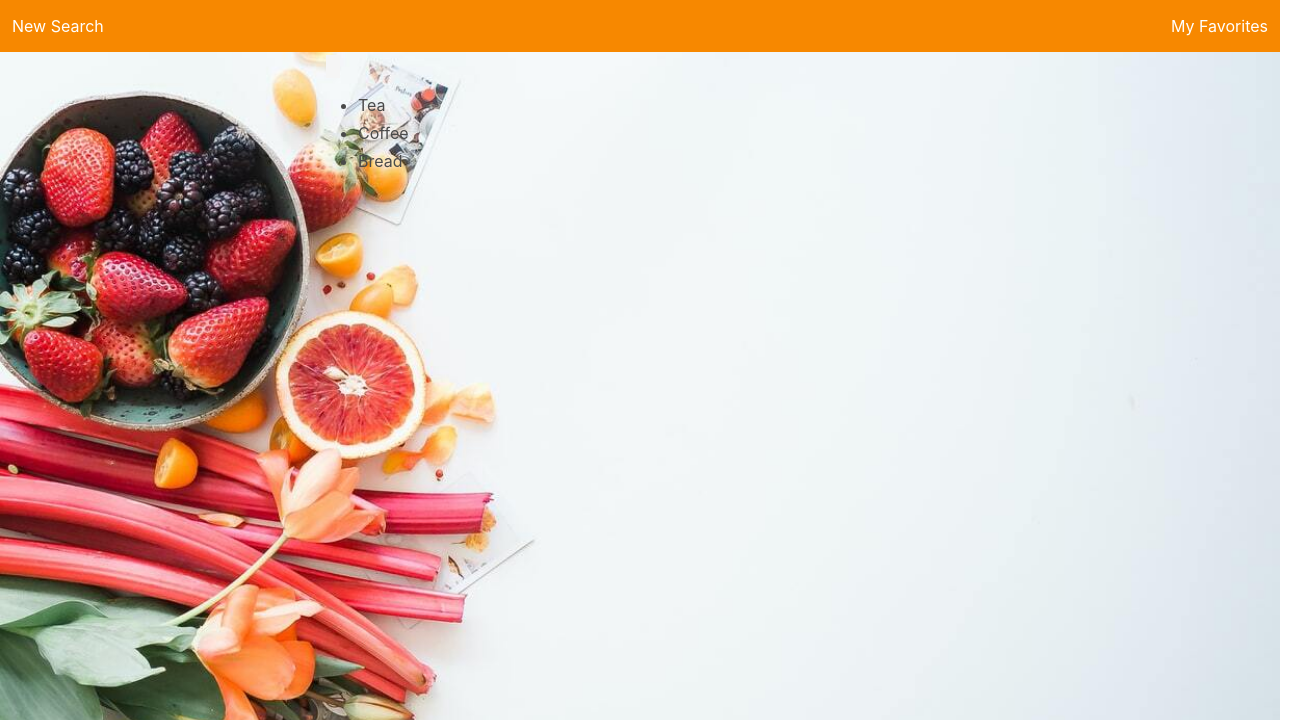
Repository: puakehaulani/the-hungry-app-proj1
Page: results.html
An editor plug-in stored every save of this project. The page is shown before and after the next save, followed by the edit.
The browser window is 1280 px wide. The page is 1292 px wide, so the pictures cover 1292 px, including what lies to the right of the window. The pictures show the whole page.

Above is the page before, as saved 2020-10-15 20:00:43.

### results.html
<!DOCTYPE html>
<html lang="en">

<head>
    <meta charset="UTF-8">
    <meta name="viewport" content="width=device-width, initial-scale=1.0">
    <title>Hungry app</title>
    <link rel="stylesheet" href="https://cdn.jsdelivr.net/npm/bulma@0.9.1/css/bulma.min.css">
    <link rel="stylesheet" href="./assets/style/style.css">
    <meta name="viewport" content="width=device-width, initial-scale=1">
</head>

<body>
  <nav class="navbar" role="navigation" aria-label="main navigation">
    <div class="navbar-menu">
        <div class="navbar-item">
            <a href="index.html">New Search</a>
        </div>
    </div>

    <div class="navbar-end">
        <div class="navbar-item">
            <a href="favorites.html">My Favorites </a>
        </div>

    </div>
</nav>
      <body>

        <div class="columns is-mobile is-centered">
            <div class="column is-half">
              <p class="bd-notification is-primary">
                <code class="html"></code><br>
 <div class="content has-text-#A5BBB6 has-background-#A5BBB6 ">
          <ul id="display">
              <li>Tea</li>
              <li>Coffee</li>
              <li>Bread</li>
          </ul>
        </div>
        </p>
            </div>
            </div>

</body>

</html>

### assets/style/style.css

html{
    background-image: url(images/foodOnSIde.jpg);
    background-size: cover;
    background-repeat: no-repeat;
}

.navbar{
    background-color: #F78800;
}

.navbar-item{
    color: white;
}

.navbar-item a{
    color: white;
}

.button{
    background-color: #f78800;
    color: white;
}

#ingredientSearch{
    display: inline-block;
}

th{
    background-color: #f78800;
    color: white !important;
}

/* Elements that only exist on results html*/

#favRecipes{
    min-height: 300px;
    color: black;
    background-color: white;
    border-style: solid;
    border-width: 2px;
    border-radius: 15px;
    border-color: #F78800;
}

#favRecipes h1{
    background-color: #F78800;
    font-size: 2rem;
    color: white;
    border-radius: 10px;
}

#favJokes{
    min-height: 300px;
    color: black;
    background-color: white;
    border-style: solid;
    border-width: 2px;
    border-radius: 15px;
    border-color: #F78800;
}

#favJokes h1{
    background-color: #F78800;
    font-size: 2rem;
    color: white;
    border-radius: 10px;
}

After the next save:
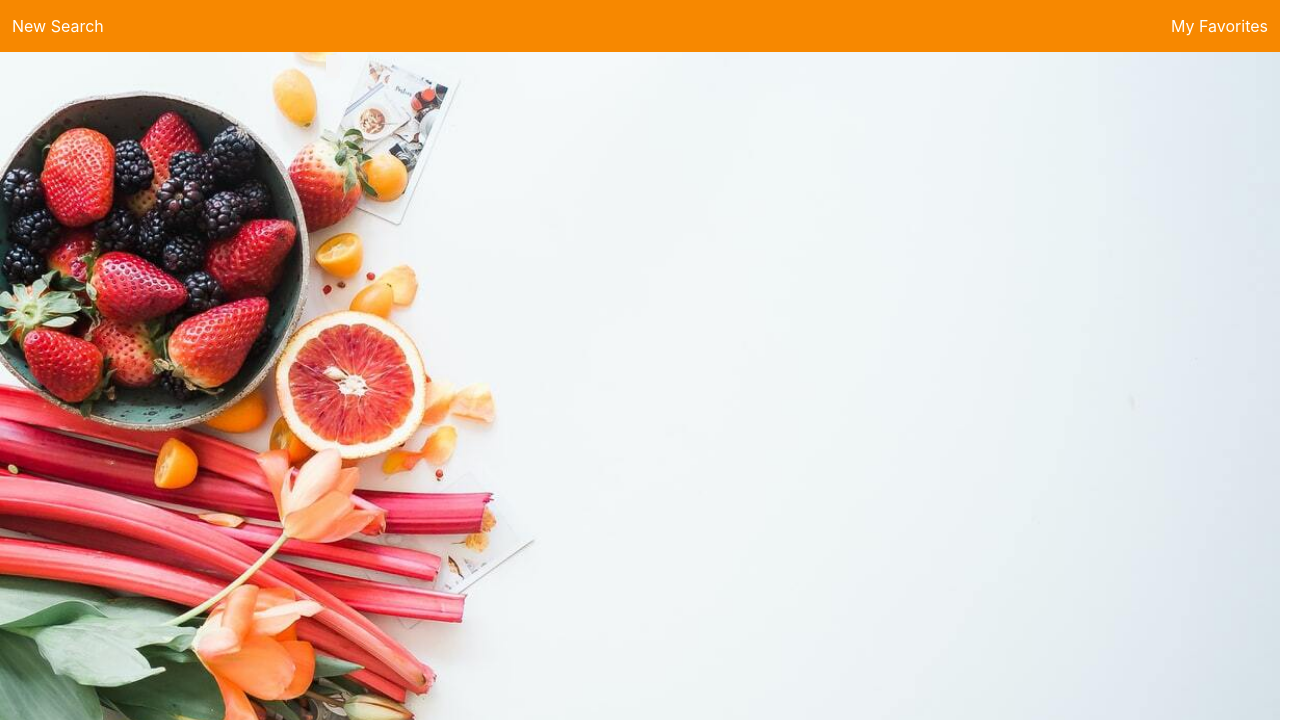
Saved 8 min 8 s later.
--- a/results.html
+++ b/results.html
@@ -31,11 +31,7 @@
             <div class="column is-half">
               <p class="bd-notification is-primary">
                 <code class="html"></code><br>
- <div class="content has-text-#A5BBB6 has-background-#A5BBB6 ">
           <ul id="display">
-              <li>Tea</li>
-              <li>Coffee</li>
-              <li>Bread</li>
           </ul>
         </div>
         </p>
